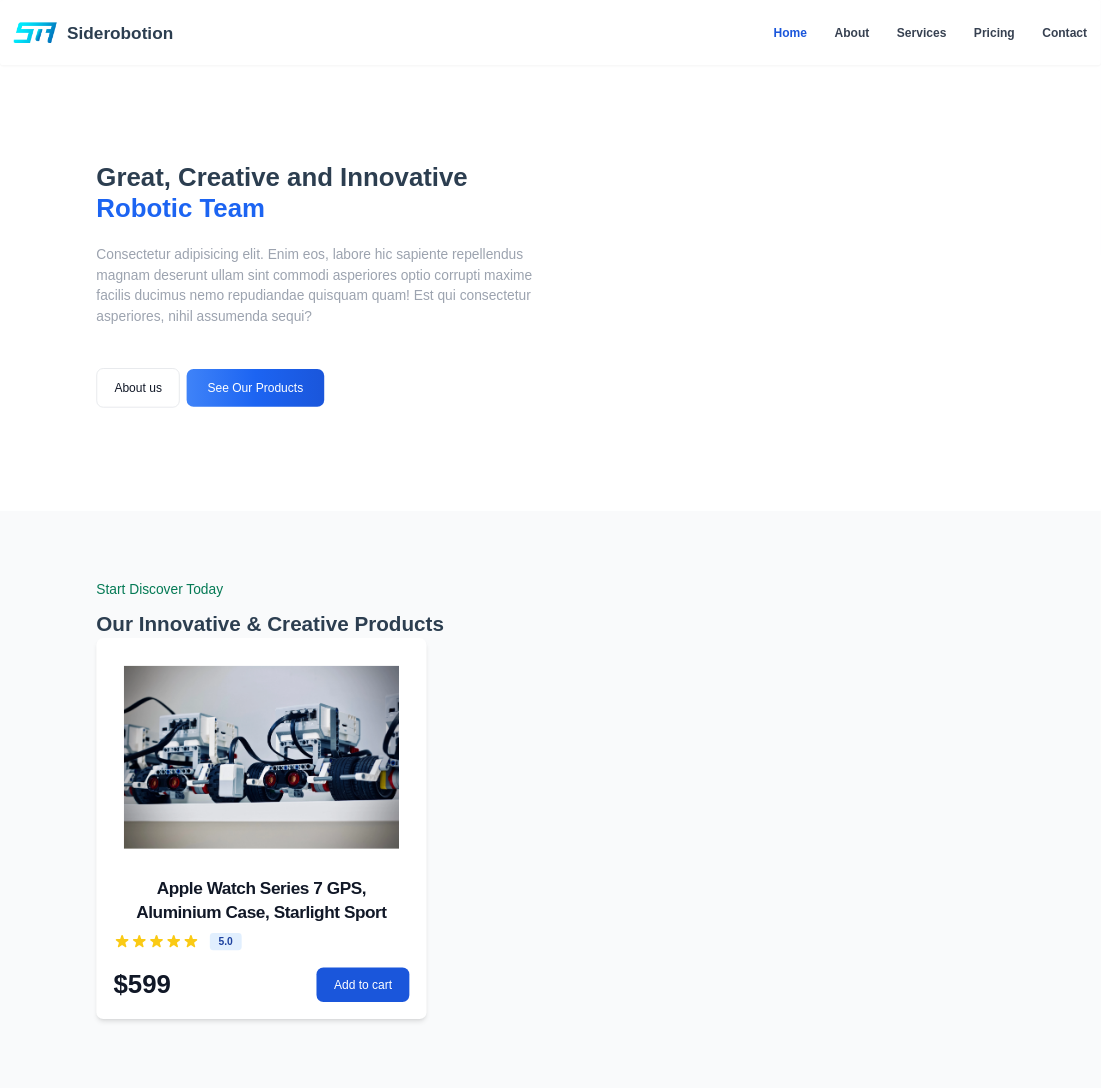
Repository: khulqu15/siderobotion
Page: /
These files come from the project's save history. The page is drawn as it stood at one moment and after the next save; the edit follows.
The browser window is 1280 px wide. The pictures show the whole page, at 86% of full size.
The project was rebuilt for these pictures with package versions that can differ from the ones it lists, and the page was loaded fresh each time. Also part of the build but not shown: vue.config.js.

Above is the page before, as saved 2022-06-12 02:30:52.

### src/main.js
import { createApp } from 'vue'
import App from './App.vue'
import './registerServiceWorker'
import router from './router'
import store from './store'
import 'flowbite'
import './index.css'

createApp(App)
  .use(store)
  .use(router)
  .mount('#app')

### src/index.css
@tailwind base;
@tailwind components;
@tailwind utilities;
@import url('https://fonts.googleapis.com/css2?family=Poppins:ital,wght@0,100;0,200;0,300;0,400;0,500;0,600;0,700;0,800;0,900;1,100;1,200;1,300;1,400;1,500;1,600;1,700;1,800;1,900&display=swap');

* {
  font-family: 'Poppins', sans-serif !important;
}

### src/views/HomeView.vue
<template>

  <web-layout>
    <div class="p-28 grid grid-cols-2 gap-4">
      <div class="text-start">
        <h1 class="text-3xl font-semibold">Great, Creative and Innovative <span class="text-blue-600">Robotic Team</span> </h1>
        <p class="text-gray-400 mt-6 mb-12">Consectetur adipisicing elit. Enim eos, labore hic sapiente repellendus magnam deserunt ullam sint commodi asperiores optio corrupti maxime facilis ducimus nemo repudiandae quisquam quam! Est qui consectetur asperiores, nihil assumenda sequi?</p>
        <button type="button" class="py-3 px-5 mr-2 mb-2 text-sm font-medium text-gray-900 focus:outline-none bg-white rounded-lg border border-gray-200 hover:bg-gray-100 hover:text-blue-700 focus:z-10 focus:ring-4 focus:ring-gray-200">About us</button>
        <button type="button" class="text-white bg-gradient-to-r from-blue-500 via-blue-600 to-blue-700 hover:bg-gradient-to-br focus:ring-4 focus:outline-none focus:ring-blue-300 dark:focus:ring-blue-800 font-medium rounded-lg text-sm px-6 py-3 text-center mr-2 mb-2">See Our Products</button>
      </div>
    </div>

    <div class="px-28 py-20 bg-gray-50">
      <div class="text-start">
        <p class="mb-3 text-green-600">Start Discover Today</p>
        <h1 class="text-2xl font-semibold">Our Innovative & Creative Products</h1>
      </div>
      <div>
        <div class="max-w-sm bg-white rounded-lg shadow-md dark:bg-gray-800 dark:border-gray-700">
          <a href="#">
            <img class="p-8 rounded-t-lg" :src="require('@/assets/images/product.webp')" alt="product image" />
          </a>
          <div class="px-5 pb-5">
            <a href="#">
              <h5 class="text-xl font-semibold tracking-tight text-gray-900 dark:text-white">Apple Watch Series 7 GPS, Aluminium Case, Starlight Sport</h5>
            </a>
            <div class="flex items-center mt-2.5 mb-5">
              <svg class="w-5 h-5 text-yellow-300" fill="currentColor" viewBox="0 0 20 20" xmlns="http://www.w3.org/2000/svg"><path d="M9.049 2.927c.3-.921 1.603-.921 1.902 0l1.07 3.292a1 1 0 00.95.69h3.462c.969 0 1.371 1.24.588 1.81l-2.8 2.034a1 1 0 00-.364 1.118l1.07 3.292c.3.921-.755 1.688-1.54 1.118l-2.8-2.034a1 1 0 00-1.175 0l-2.8 2.034c-.784.57-1.838-.197-1.539-1.118l1.07-3.292a1 1 0 00-.364-1.118L2.98 8.72c-.783-.57-.38-1.81.588-1.81h3.461a1 1 0 00.951-.69l1.07-3.292z"></path></svg>
              <svg class="w-5 h-5 text-yellow-300" fill="currentColor" viewBox="0 0 20 20" xmlns="http://www.w3.org/2000/svg"><path d="M9.049 2.927c.3-.921 1.603-.921 1.902 0l1.07 3.292a1 1 0 00.95.69h3.462c.969 0 1.371 1.24.588 1.81l-2.8 2.034a1 1 0 00-.364 1.118l1.07 3.292c.3.921-.755 1.688-1.54 1.118l-2.8-2.034a1 1 0 00-1.175 0l-2.8 2.034c-.784.57-1.838-.197-1.539-1.118l1.07-3.292a1 1 0 00-.364-1.118L2.98 8.72c-.783-.57-.38-1.81.588-1.81h3.461a1 1 0 00.951-.69l1.07-3.292z"></path></svg>
              <svg class="w-5 h-5 text-yellow-300" fill="currentColor" viewBox="0 0 20 20" xmlns="http://www.w3.org/2000/svg"><path d="M9.049 2.927c.3-.921 1.603-.921 1.902 0l1.07 3.292a1 1 0 00.95.69h3.462c.969 0 1.371 1.24.588 1.81l-2.8 2.034a1 1 0 00-.364 1.118l1.07 3.292c.3.921-.755 1.688-1.54 1.118l-2.8-2.034a1 1 0 00-1.175 0l-2.8 2.034c-.784.57-1.838-.197-1.539-1.118l1.07-3.292a1 1 0 00-.364-1.118L2.98 8.72c-.783-.57-.38-1.81.588-1.81h3.461a1 1 0 00.951-.69l1.07-3.292z"></path></svg>
              <svg class="w-5 h-5 text-yellow-300" fill="currentColor" viewBox="0 0 20 20" xmlns="http://www.w3.org/2000/svg"><path d="M9.049 2.927c.3-.921 1.603-.921 1.902 0l1.07 3.292a1 1 0 00.95.69h3.462c.969 0 1.371 1.24.588 1.81l-2.8 2.034a1 1 0 00-.364 1.118l1.07 3.292c.3.921-.755 1.688-1.54 1.118l-2.8-2.034a1 1 0 00-1.175 0l-2.8 2.034c-.784.57-1.838-.197-1.539-1.118l1.07-3.292a1 1 0 00-.364-1.118L2.98 8.72c-.783-.57-.38-1.81.588-1.81h3.461a1 1 0 00.951-.69l1.07-3.292z"></path></svg>
              <svg class="w-5 h-5 text-yellow-300" fill="currentColor" viewBox="0 0 20 20" xmlns="http://www.w3.org/2000/svg"><path d="M9.049 2.927c.3-.921 1.603-.921 1.902 0l1.07 3.292a1 1 0 00.95.69h3.462c.969 0 1.371 1.24.588 1.81l-2.8 2.034a1 1 0 00-.364 1.118l1.07 3.292c.3.921-.755 1.688-1.54 1.118l-2.8-2.034a1 1 0 00-1.175 0l-2.8 2.034c-.784.57-1.838-.197-1.539-1.118l1.07-3.292a1 1 0 00-.364-1.118L2.98 8.72c-.783-.57-.38-1.81.588-1.81h3.461a1 1 0 00.951-.69l1.07-3.292z"></path></svg>
              <span class="bg-blue-100 text-blue-800 text-xs font-semibold mr-2 px-2.5 py-0.5 rounded dark:bg-blue-200 dark:text-blue-800 ml-3">5.0</span>
            </div>
            <div class="flex justify-between items-center">
              <span class="text-3xl font-bold text-gray-900 dark:text-white">$599</span>
              <a href="#" class="text-white bg-blue-700 hover:bg-blue-800 focus:ring-4 focus:outline-none focus:ring-blue-300 font-medium rounded-lg text-sm px-5 py-2.5 text-center dark:bg-blue-600 dark:hover:bg-blue-700 dark:focus:ring-blue-800">Add to cart</a>
            </div>
          </div>
        </div>
      </div>
    </div>
  </web-layout>

</template>

<script>
import WebLayout from '@/layouts/WebLayout.vue'
export default {
  name: 'HomeView',
  components: {
    WebLayout
  }
}
</script>

### src/layouts/WebLayout.vue
<template>
  <div id="app-web">
    <div id="nav">
      <navigation-header/>
    </div>
    <div id="body-content">
      <slot id="content"></slot>
    </div>
  </div>
</template>

<script>
import NavigationHeader from '@/components/NavigationHeader.vue'
export default {
  components: {
    NavigationHeader
  }
}
</script>

### src/components/NavigationHeader.vue
<template>
  <div>
    <nav class="bg-white border-gray-200 px-2 sm:px-4 py-6 shadow-sm rounded dark:bg-gray-800">
      <div class="container flex flex-wrap justify-between items-center mx-auto">
        <a href="/" class="flex items-center">
          <img :src="require('@/assets/logo.webp')" class="mr-3 h-4 sm:h-6" alt="Siderobotion Logo">
          <span class="self-center text-xl font-semibold whitespace-nowrap dark:text-white">Siderobotion</span>
        </a>
        <button data-collapse-toggle="mobile-menu" type="button" class="inline-flex items-center p-2 ml-3 text-sm text-gray-500 rounded-lg md:hidden hover:bg-gray-100 focus:outline-none focus:ring-2 focus:ring-gray-200 dark:text-gray-400 dark:hover:bg-gray-700 dark:focus:ring-gray-600" aria-controls="mobile-menu" aria-expanded="false">
          <span class="sr-only">Open main menu</span>
          <svg class="w-6 h-6" fill="currentColor" viewBox="0 0 20 20" xmlns="http://www.w3.org/2000/svg"><path fill-rule="evenodd" d="M3 5a1 1 0 011-1h12a1 1 0 110 2H4a1 1 0 01-1-1zM3 10a1 1 0 011-1h12a1 1 0 110 2H4a1 1 0 01-1-1zM3 15a1 1 0 011-1h12a1 1 0 110 2H4a1 1 0 01-1-1z" clip-rule="evenodd"></path></svg>
          <svg class="hidden w-6 h-6" fill="currentColor" viewBox="0 0 20 20" xmlns="http://www.w3.org/2000/svg"><path fill-rule="evenodd" d="M4.293 4.293a1 1 0 011.414 0L10 8.586l4.293-4.293a1 1 0 111.414 1.414L11.414 10l4.293 4.293a1 1 0 01-1.414 1.414L10 11.414l-4.293 4.293a1 1 0 01-1.414-1.414L8.586 10 4.293 5.707a1 1 0 010-1.414z" clip-rule="evenodd"></path></svg>
        </button>
        <div class="hidden w-full md:block md:w-auto" id="mobile-menu">
          <ul class="flex flex-col mt-4 md:flex-row md:space-x-8 md:mt-0 md:text-sm md:font-medium">
            <li>
              <a href="#" class="block py-2 pr-4 pl-3 text-white bg-blue-700 rounded md:bg-transparent md:text-blue-700 md:p-0 dark:text-white" aria-current="page">Home</a>
            </li>
            <li>
              <a href="#" class="block py-2 pr-4 pl-3 text-gray-700 border-b border-gray-100 hover:bg-gray-50 md:hover:bg-transparent md:border-0 md:hover:text-blue-700 md:p-0 dark:text-gray-400 md:dark:hover:text-white dark:hover:bg-gray-700 dark:hover:text-white md:dark:hover:bg-transparent dark:border-gray-700">About</a>
            </li>
            <li>
              <a href="#" class="block py-2 pr-4 pl-3 text-gray-700 border-b border-gray-100 hover:bg-gray-50 md:hover:bg-transparent md:border-0 md:hover:text-blue-700 md:p-0 dark:text-gray-400 md:dark:hover:text-white dark:hover:bg-gray-700 dark:hover:text-white md:dark:hover:bg-transparent dark:border-gray-700">Services</a>
            </li>
            <li>
              <a href="#" class="block py-2 pr-4 pl-3 text-gray-700 border-b border-gray-100 hover:bg-gray-50 md:hover:bg-transparent md:border-0 md:hover:text-blue-700 md:p-0 dark:text-gray-400 md:dark:hover:text-white dark:hover:bg-gray-700 dark:hover:text-white md:dark:hover:bg-transparent dark:border-gray-700">Pricing</a>
            </li>
            <li>
              <a href="#" class="block py-2 pr-4 pl-3 text-gray-700 hover:bg-gray-50 md:hover:bg-transparent md:border-0 md:hover:text-blue-700 md:p-0 dark:text-gray-400 md:dark:hover:text-white dark:hover:bg-gray-700 dark:hover:text-white md:dark:hover:bg-transparent">Contact</a>
            </li>
          </ul>
        </div>
      </div>
    </nav>

  </div>
</template>

### tailwind.config.js
module.exports = {

  content: [
    "./index.html",
    "./src/**/*.{vue,js,ts,jsx,tsx}",
    "./node_modules/flowbite/**/*.js",
  ],
  theme: {
    extend: {},
  },
  plugins: [
    require('flowbite/plugin')
  ]

}

Loaded but not shown: public/index.html (common file); src/App.vue (common file); src/registerServiceWorker.js (common file); src/router/index.js (common file); src/store/index.js (common file)

After the next save:
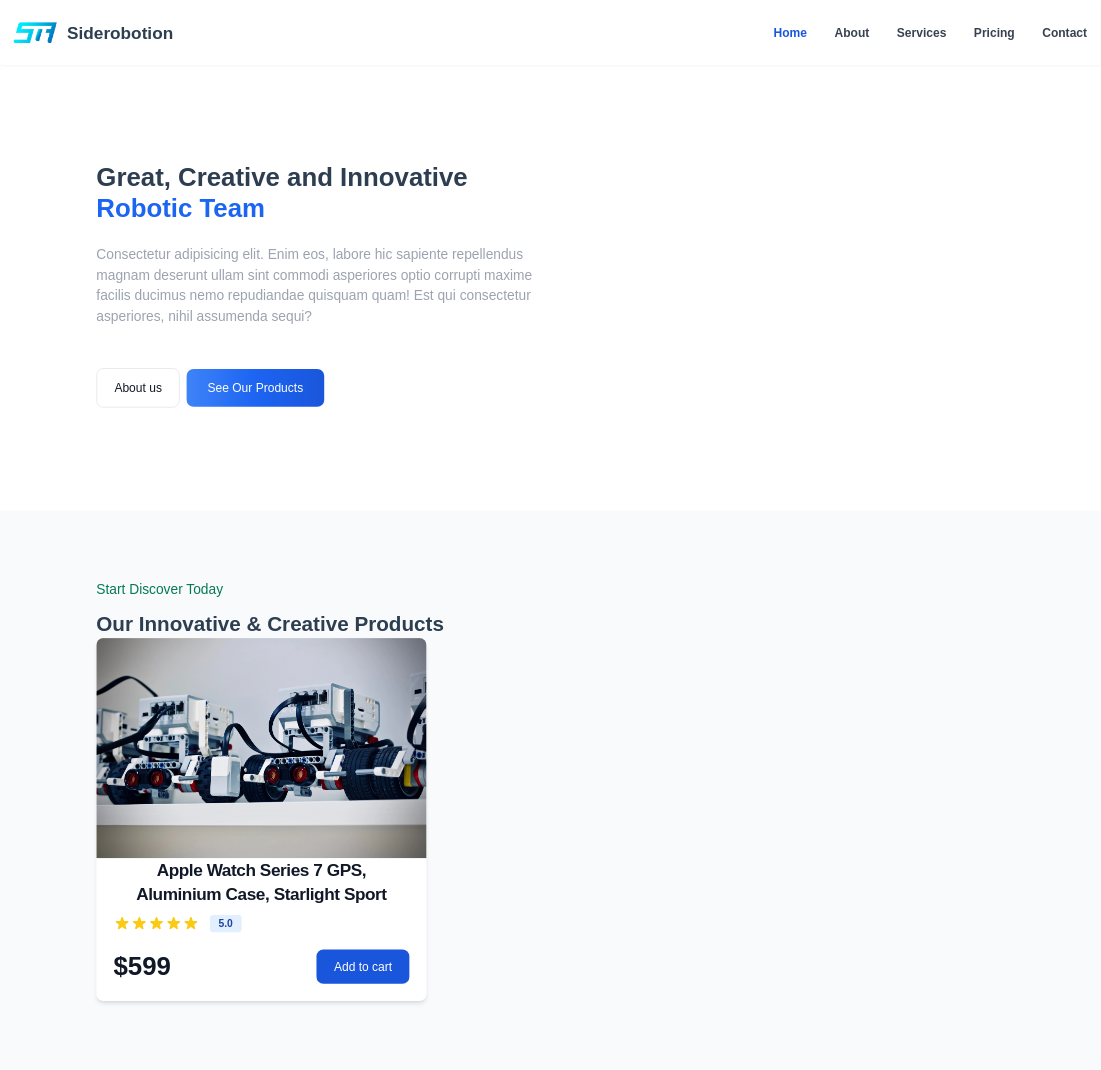
Saved 23 s later.
--- a/src/views/HomeView.vue
+++ b/src/views/HomeView.vue
@@ -18,7 +18,7 @@
       <div>
         <div class="max-w-sm bg-white rounded-lg shadow-md dark:bg-gray-800 dark:border-gray-700">
           <a href="#">
-            <img class="p-8 rounded-t-lg" :src="require('@/assets/images/product.webp')" alt="product image" />
+            <img class="rounded-t-lg" :src="require('@/assets/images/product.webp')" alt="product image" />
           </a>
           <div class="px-5 pb-5">
             <a href="#">
